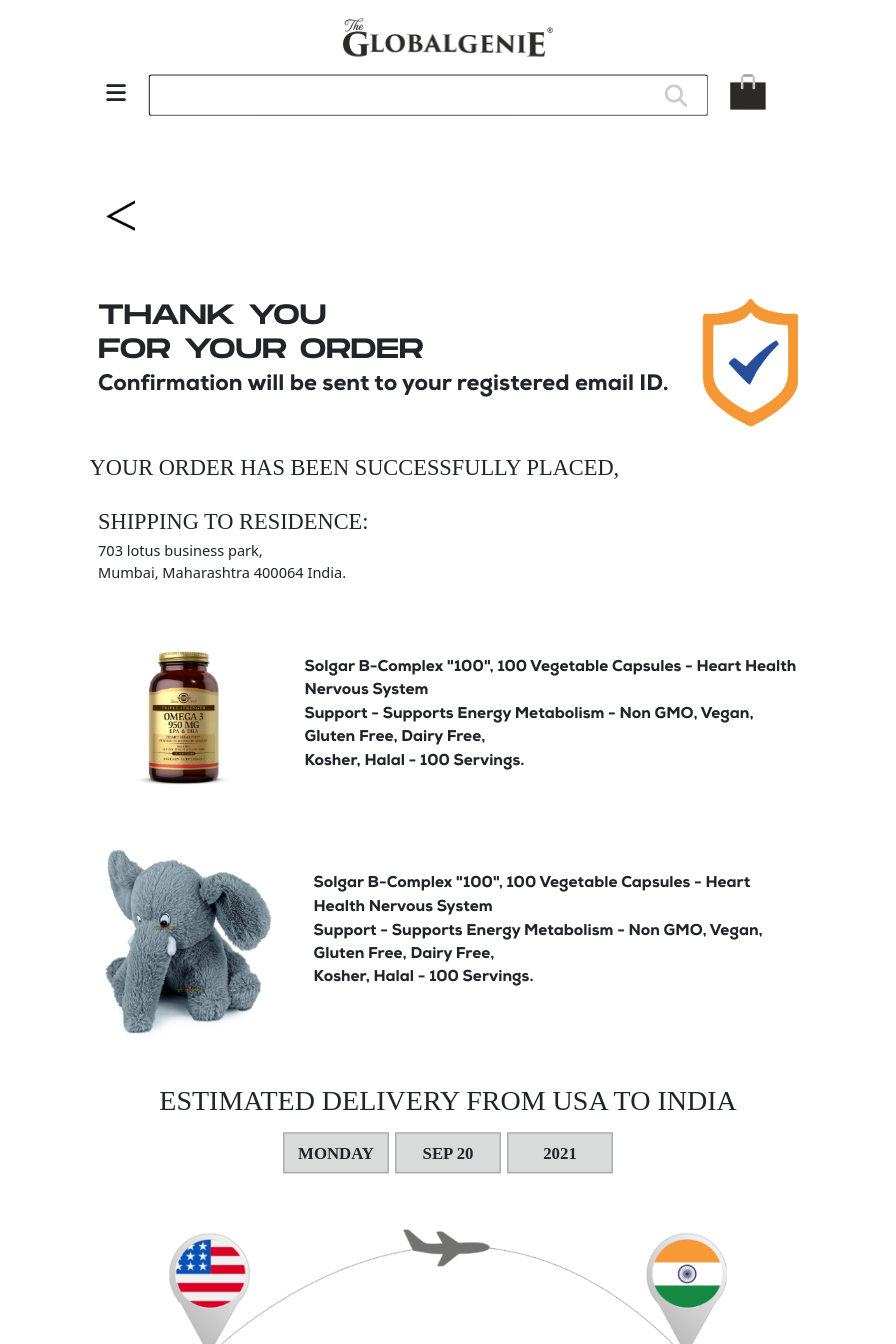
Repository: FlyweisReact/newGlobalGinie
Page: /shopping
The author's editor kept a copy of each file at every save. The page is drawn from the files as they stood at one save, then again after a run of saves.
The browser window is 1280 px wide. The pictures show the part of the page from y = 0 to 1920 px (the page is 3758 px tall before and 3561 px after), at 70% of full size.
Some web libraries are served in a nearby version. The project was rebuilt for these pictures with package versions that can differ from the ones it lists, and the page was loaded fresh each time. Also part of the build but not shown: src/Screen/Return.js, src/Screen/Address.js, src/Screen/AllOrders.js, src/Screen/AllProduct.js, src/Component/Hero2.js, src/Screen/Baby.css, src/Component/Reviews.js, src/Screen/Baby.js and 34 more.

Above is the page before, as saved 2023-02-17 13:44:29.

### public/index.html
<!-- @format -->

<!DOCTYPE html>
<html lang="en">
  <head>
    <meta charset="utf-8" />
    <link rel="icon" href="%PUBLIC_URL%/favicon.ico" />
    <meta name="viewport" content="width=device-width, initial-scale=1" />
    <meta name="theme-color" content="#000000" />
    <meta
      name="description"
      content="Web site created using create-react-app"
    />
    <link rel="apple-touch-icon" href="%PUBLIC_URL%/logo192.png" />
    <link rel="manifest" href="%PUBLIC_URL%/manifest.json" />
    <meta content="width=device-width, initial-scale=1" name="viewport" />

    <title>Global Ginie</title>
  </head>
  <body>
    <noscript>You need to enable JavaScript to run this app.</noscript>
    <div id="root"></div>
  </body>
  <script
    src="https://kit.fontawesome.com/b533b351e4.js"
    crossorigin="anonymous"
  ></script>
</html>

### src/Screen/Shopping.js
/** @format */

import React from "react";
import img1 from "../Assets/asset1.png";
import img2 from "../Assets/Group 166.png";
import img3 from "../Assets/Oil.png";

import img4 from "../Assets/Webby Soft Animal Plush Elephant Toy 20cm, Grey.png";

import img5 from "../Assets/Group 171.png";

import Give from "../Assets/Get Me This.png";

import Whatsapp from "../Assets/Whatsapp icon.png";
import phone from "../Assets/Phone call.png";
import Mail from "../Assets/Mail Icon.png";
import Footer from "../Component/Footer";

const Shopping = () => {
  return (
    <>
      <div className="MyOrderHead">
        <img src={img1} alt="" />
      </div>

      <div className="shopping">
        <div>
          <h1>
            THANK YOU <br />
            FOR YOUR ORDER
          </h1>
          <h2>Confirmation will be sent to your registered email ID.</h2>
        </div>

        <img src={img2} alt="" />
      </div>

      <h2 className="shoppingH2">YOUR ORDER HAS BEEN SUCCESSFULLY PLACED,</h2>

      <div className="shoppingAddress">
        <h2>SHIPPING TO RESIDENCE:</h2>
        <p>
          703 lotus business park, <br />
          Mumbai, Maharashtra 400064 India.
        </p>
      </div>

      <div className="shoppingTwoSec">
        <img src={img3} alt="" />
        <p>
          Solgar B-Complex "100", 100 Vegetable Capsules - Heart Health Nervous
          System <br />
          Support - Supports Energy Metabolism - Non GMO, Vegan, Gluten Free,
          Dairy Free, <br />
          Kosher, Halal - 100 Servings.
        </p>
      </div>

      <div className="shoppingTwoSec">
        <img src={img4} alt="" />
        <p>
          Solgar B-Complex "100", 100 Vegetable Capsules - Heart Health Nervous
          System <br />
          Support - Supports Energy Metabolism - Non GMO, Vegan, Gluten Free,
          Dairy Free, <br />
          Kosher, Halal - 100 Servings.
        </p>
      </div>

      <div className="shoppingIndia">
        <h1>ESTIMATED DELIVERY FROM USA TO INDIA</h1>

        <div>
          <p>MONDAY</p>
          <p>SEP 20</p>
          <p>2021</p>
        </div>
      </div>

      <div className="shoppingImage">
        <img src={img5} alt="" />
      </div>

      <div className="shoppingTrackBtn">
        <button className="shoppingTrack">TRACK YOUR ORDER </button>
        <button className="shoppingTrack">CONTINUE SHOPPING</button>
      </div>

      {/* -------------------------------------------------------------- */}

      <div className="Give" style={{ marginTop: "15%" }}>
        <img src={Give} alt="" />
      </div>

      <h1 style={{ textAlign: "center", fontFamily: "MonumentMine" }}>
        TALK TO HUMAN
      </h1>
      <div className="human">
        <div>
          <img src={phone} alt="" />
          <h3 style={{ fontWeight: "400", paddingTop: "10%" }}>PHONE</h3>
        </div>
        <div className="Hori"></div>
        <div>
          <img src={Mail} alt="" />
          <h3 style={{ fontWeight: "400", paddingTop: "10%" }}>EMAIL US</h3>
        </div>
        <div className="Hori"></div>

        <div>
          <img src={Whatsapp} alt="" />
          <h3 style={{ fontWeight: "400", paddingTop: "10%" }}>WHATSAPP US</h3>
        </div>
      </div>
      <Footer />
    </>
  );
};

export default Shopping;

Loaded but not shown: src/Component/NavBar.js (292 lines, source omitted); src/App.js (99 lines, source omitted); src/Component/Footer.js (53 lines, source omitted); src/index.js (14 lines, source omitted); src/index.css (2922 lines, source omitted)

After the next 2 saves:
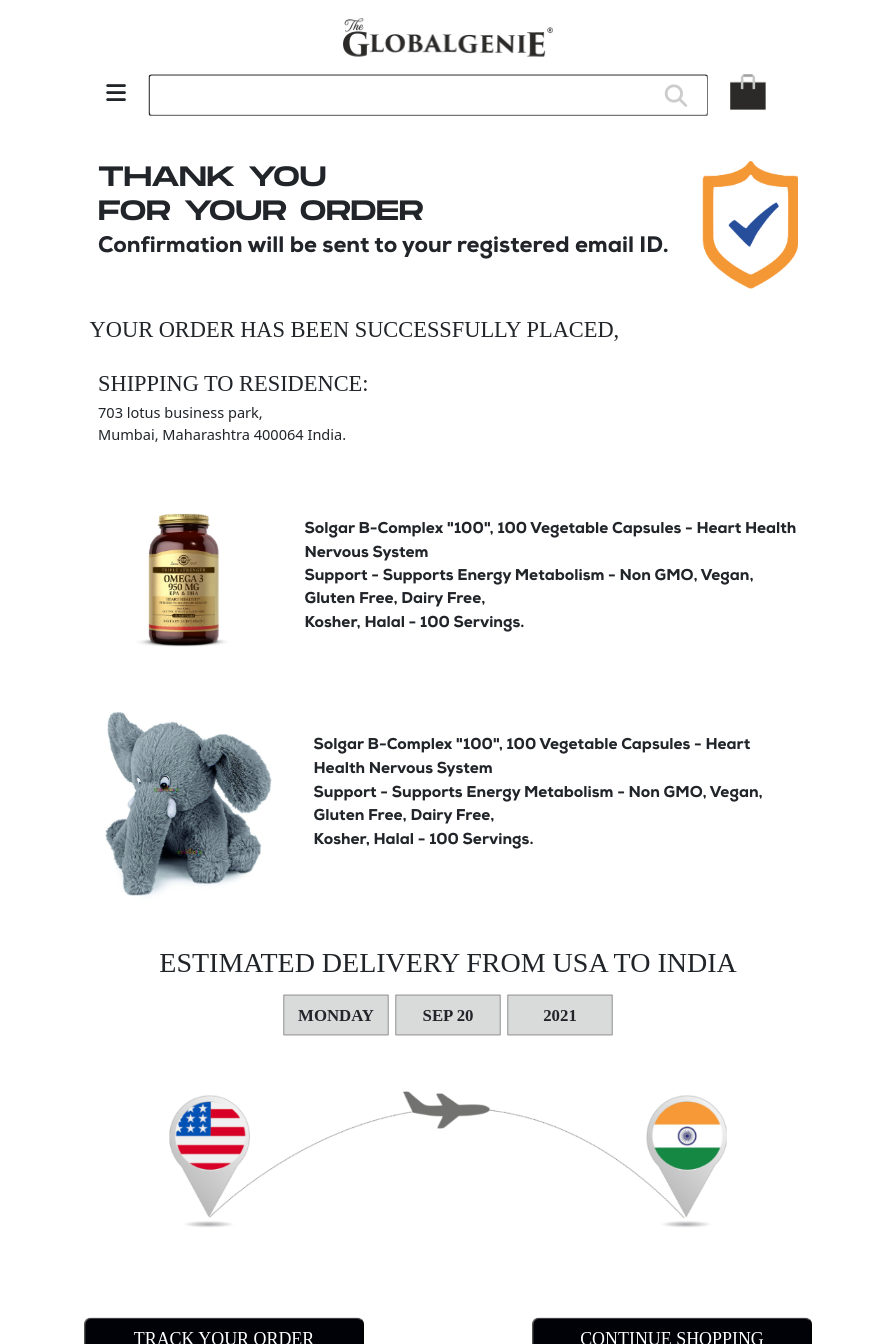
The 2 saves are shown as one change because they came seconds apart.
The last was saved 2 min 6 s later.
--- a/src/Screen/Shopping.js
+++ b/src/Screen/Shopping.js
@@ -1,7 +1,6 @@
 /** @format */
 
 import React from "react";
-import img1 from "../Assets/asset1.png";
 import img2 from "../Assets/Group 166.png";
 import img3 from "../Assets/Oil.png";
 
@@ -19,9 +18,7 @@
 const Shopping = () => {
   return (
     <>
-      <div className="MyOrderHead">
-        <img src={img1} alt="" />
-      </div>
+
 
       <div className="shopping">
         <div>
